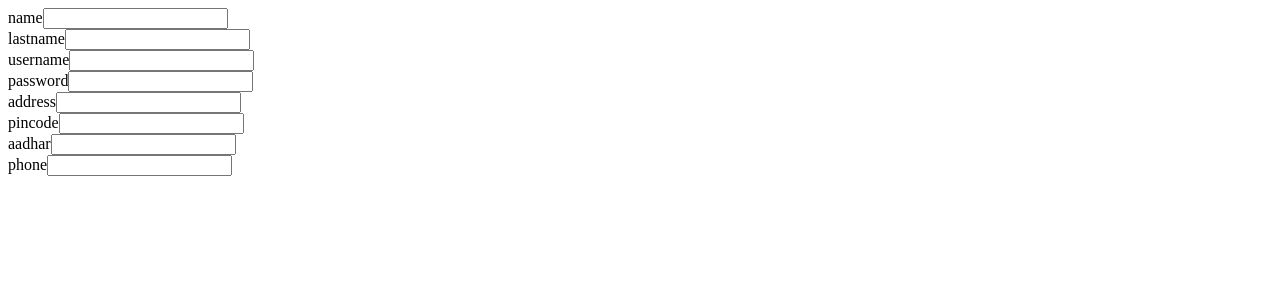
Repository: AmirKhan8435/Documentation
Page: http://localhost/MrPlumberWebAPP/Plumber.jsp
The author's editor kept a copy of each file at every save. The page is drawn from the files as they stood at one save, then again after the next save.
The browser window is 1280 px wide. The pictures show the whole page.
The page is served by Tomcat 9.

Above is the page before, as saved 2022-03-27 11:08:43.

After the next save:
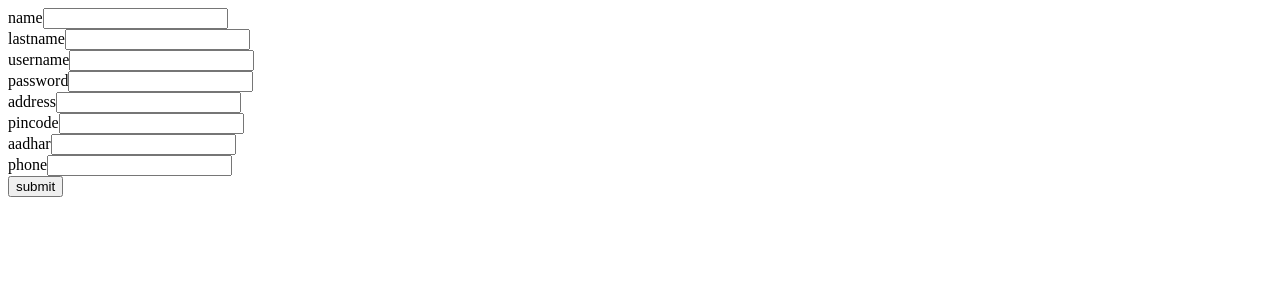
Saved 6 s later.
--- a/MrPlumber/Mr.PlumberEclipsWS/MrPlumberWebAPP/WebContent/Plumber.jsp
+++ b/MrPlumber/Mr.PlumberEclipsWS/MrPlumberWebAPP/WebContent/Plumber.jsp
@@ -8,7 +8,7 @@
 </head>
 <body>
 <div>
-<form>
+<form action="Addtest" method="get">
 name<input type="text" name="name" id="name"><br>
 lastname<input type="text" name="last" id="last"><br>
 username<input type="text" name="user" id="user"><br>
@@ -18,6 +18,7 @@ pincode<input type="text" name="pincode" id="pincode"><br>
 aadhar<input type="text" name="aadhar" id="aadhar"><br>
 phone<input type="text" name="phone" id="phone"><br>
 
+<input type="submit" value="submit">
 </form>
 </div>
 </body>
